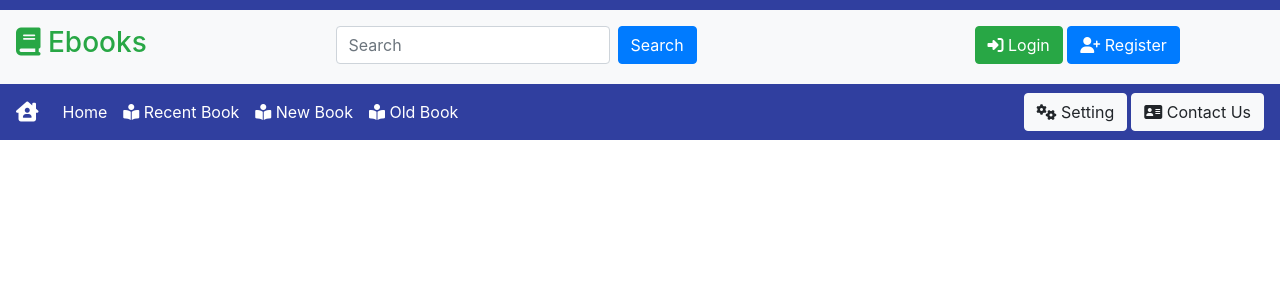
Repository: chittaranjan24/E-Books_Management_System
Page: http://localhost/Ebook-App/search.jsp
These files come from the project's save history. The page is drawn as it stood at one moment and after the next save; the edit follows.
The browser window is 1280 px wide. The pictures show the whole page.
Some web libraries are served in a nearby version. The page is served by Tomcat 9. Queries for data that is not in the repository find no rows.

Above is the page before, as saved 2023-09-01 09:11:00.

After the next save:
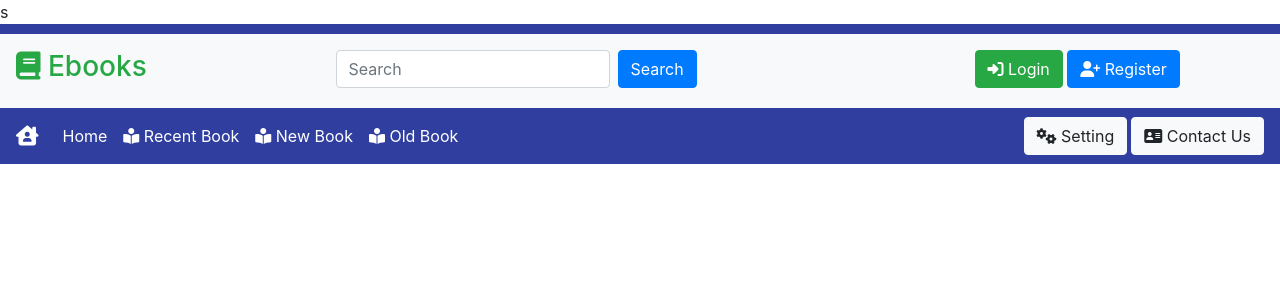
Saved 28 min 42 s later.
--- a/Ebook-App/src/main/webapp/search.jsp
+++ b/Ebook-App/src/main/webapp/search.jsp
@@ -1,3 +1,4 @@
+<%@page import="com.entity.User"%>
 <%@page import="com.entity.BookDtls"%>
 <%@page import="java.util.List"%>
 <%@page import="com.DB.DBConnect"%>
@@ -20,6 +21,11 @@
 
 </head>
 <body>
+
+<%
+User u=(User)session.getAttribute("userobj");
+%>s
+
 	<%@include file="all_component/navbar.jsp"%>
 
 	<div class="container">
@@ -58,6 +64,7 @@
 						<%=b.getBookCategory()%>
 						<div class="row">
 							<a href="" class="btn btn-danger btn-sm ml=2"><i class="fa-solid fa-cart-plus"></i>Add Cart</a>
+
 							<a href="view_book.jsp?bid=<%=b.getBookId() %>" class="btn btn-success btn-sm ml-1">View Details</a>
 							<a href="" class="btn btn-danger btn-sm ml-1"><%=b.getPrice()%></a>
 						</div>
